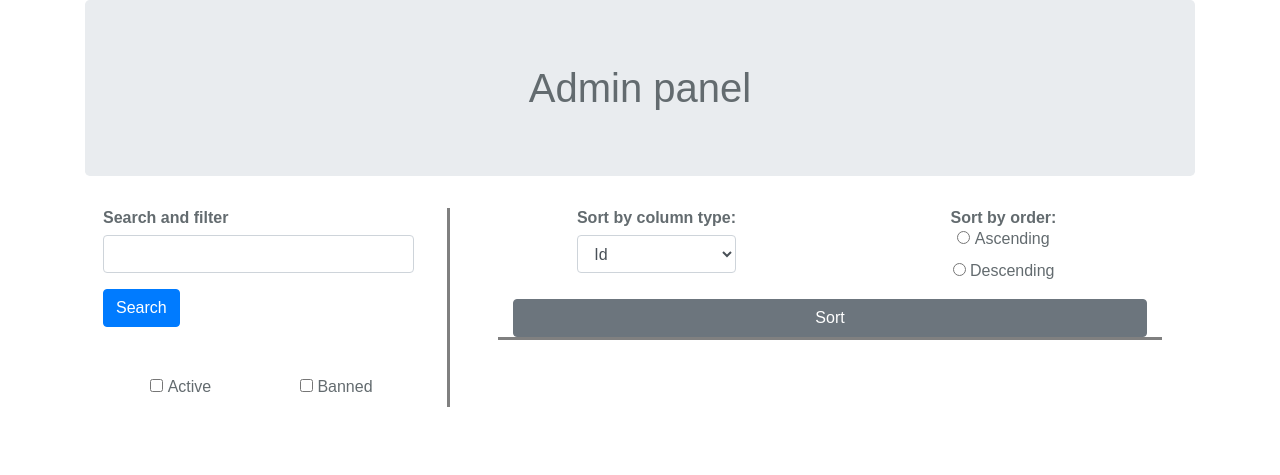
Repository: WOLVGVNG/gameclan
Page: resources/views/admin_panel.blade.php
These files come from the project's save history. The page is drawn as it stood at one moment and after a run of saves; the edit follows.
The browser window is 1280 px wide. The pictures show the whole page.
The page is served by the project's Laravel application, run on PHP 8.4 with Laravel 8. The template is opened directly, without the code that normally fills it, so the values that code supplies are empty.

Above is the page before, as saved 2019-03-20 17:58:03.

After the next 2 saves:
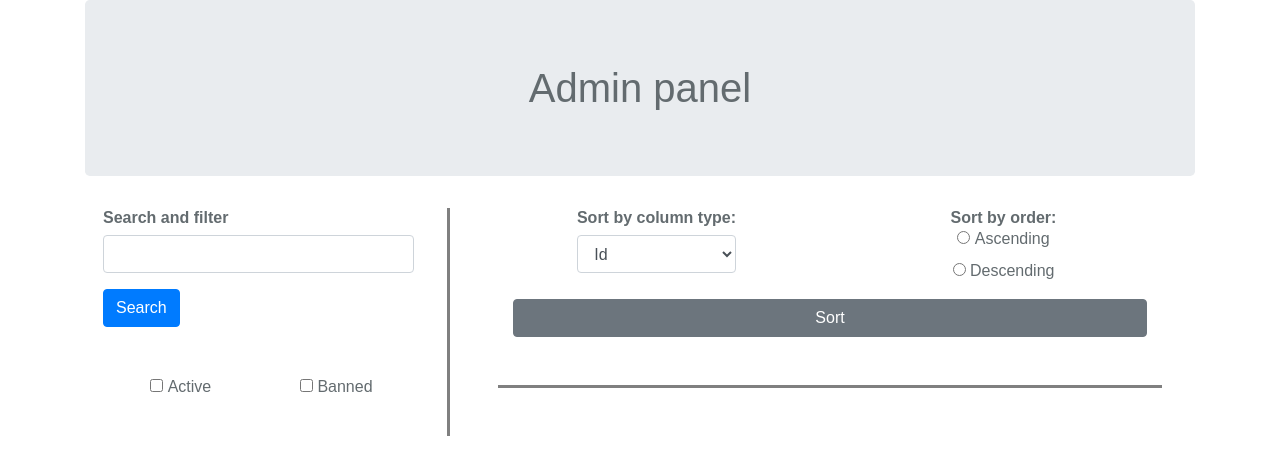
The 2 saves are shown as one change because they came seconds apart.
The last was saved 11 s later.
--- a/resources/views/admin_panel.blade.php
+++ b/resources/views/admin_panel.blade.php
@@ -66,7 +66,7 @@
                         <label for='desc'>Descending</label>
                     </div>
                 </div>
-                <div class='col mt-2 mb-5' style='border-bottom: 3px solid gray'>
+                <div class='col mt-2 mb-5 pb-5' style='border-bottom: 3px solid gray'>
                     <button type='submit' class='btn btn-block btn-secondary'>Sort</button>
                 </div>
             </form>
